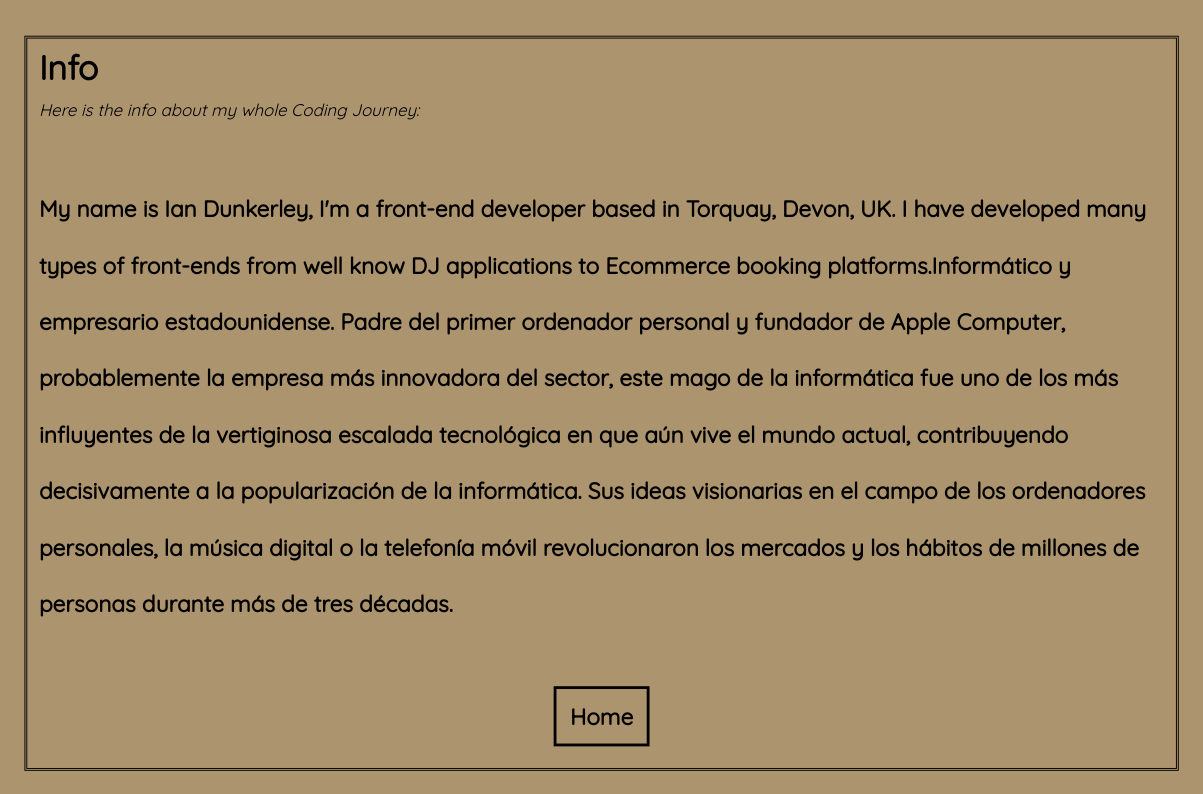
Repository: rickypcyt/ricky-react-portfolio
Page: /Info
An editor plug-in stored every save of this project. The page is shown before and after the next save, followed by the edit.
The browser window is 1280 px wide. The pictures show the whole page, at 94% of full size.
The project was rebuilt for these pictures with package versions that can differ from the ones it lists, and the page was loaded fresh each time. Also part of the build but not shown: src/Content.js, src/pages/Projects.js, src/pages/Contact.js, src/pages/WebMural.js, src/pages/NotesJS.js.

Above is the page before, as saved 2022-09-12 15:17:47.

### src/index.js
import React from "react";
import ReactDOM from "react-dom/client";
import "./index.css";
import App from "./App";
import reportWebVitals from "./reportWebVitals";
import { BrowserRouter, Routes, Route, Switch } from "react-router-dom";

const root = ReactDOM.createRoot(document.getElementById("root"));
root.render(
  <React.StrictMode>
    <BrowserRouter>
      <App />
    </BrowserRouter>
  </React.StrictMode>
);

// If you want to start measuring performance in your app, pass a function
// to log results (for example: reportWebVitals(console.log))
// or send to an analytics endpoint. Learn more: https://bit.ly/CRA-vitals
reportWebVitals();

### src/index.css
@import url("https://fonts.googleapis.com/css2?family=Quicksand");

input[type="file"] {
  display: none;
}
.container {
  top: 0%;
  left: 0%;
}
::marker {
  display: none;
}
.image-container {
  width: 100%;
  margin: auto;
  display: flex;
  flex-direction: row;
  justify-content: space-evenly;
  gap: 15px;
  padding: 10px;
}
body {
  line-height: 1;
  font-family: "Quicksand";
  font-size: large;
  margin: 2%;
  padding: 1%;
  border-style: double;
  margin-top: 3%;
  background: #ac946e;
}
ol {
  list-style: none;
  display: flex;
  padding: 0;
  justify-content: space-around;
  align-items: flex-start;
  display: flex;
  flex-wrap: wrap;
  align-content: center;
}
.content {
  position: absolute;
  right: calc(var(--pad) * 2);
  bottom: calc(var(--pad) * 2);
  white-space: nowrap;
}
.parrafo {
  line-height: 1.5;
  text-align: end;
  font-size: larger;
}
.parrafo span {
  display: block;
}
.titulo {
  margin: 0;
}
.oli {
  font-weight: bold;
  border-style: solid;
  font-size: x-large;
  padding: 1ch;
}
.descripcion {
  font-weight: lighter;
  font-style: oblique;
}
.oli:hover {
  color: black;
  border-style: dotted;
}
.page {
  padding-top: 2%;
  padding-bottom: 3%;
}
.pageContact {
  padding-top: 8%;
  padding-bottom: 9%;
}
.cabeceranavi {
  padding-bottom: 1%;
}
p {
  font-weight: bold;
}
a {
  color: black;
  text-decoration: none;
  padding: 0ch;
}
span {
  font-size: larger;
}
li {
  width: 7%;
  height: 10%;
}
ul {
  list-style-type: none;
  margin: 0%;
  display: flex;
  align-items: center;
  flex-direction: row;
  padding-top: 5%;
  padding-bottom: 5%;
  padding-left: 0%;
  justify-content: space-around;
}
.imagenes {
  display: block;
  height: auto;
  width: auto;
  padding-top: 5%;
  padding-bottom: 5%;
}

.imagenesproyect {
  position: relative;
}
.fixer {
  display: flex;
  flex-direction: row;
  justify-content: space-evenly;
  padding-bottom: 3%;
}
.overlay {
  position: absolute;
  top: 0.83cm;

  background: rgb(0, 0, 0);
  background: rgb(2, 0.3, 0.9, 0.6); /* Black see-through */
  color: #f1f1f1;
  width: 100%;
  transition: 0.5s ease;
  color: white;
  text-align: center;
  font-size: 20px;
  padding-top: 20px;
  padding-bottom: 20px;
  opacity: 0;
}
.imagenesproyect:hover .overlay {
  opacity: 1;
}
.overlay2 {
  position: absolute;
  bottom: 8%;
  background: rgb(0, 0, 0);
  background: rgba(40, 40, 40, 0.6); /* Black see-through */
  color: #f1f1f1;
  width: 100%;
  transition: 0.5s ease;
  color: white;
  text-align: center;
  font-size: 20px;
  padding-top: 20px;
  padding-bottom: 20px;
  opacity: 0;
}
.imagenesproyect:hover .overlay2 {
  opacity: 1;
}

.homeinfo {
  font-size: x-large;
  line-height: 250%;
}

@media screen and (max-width: 1340px) {
  .fixer {
    flex-direction: column;
    justify-content: center;
  }
  .imagenes {
    height: auto;
    width: 100%;
  }
  ol {
  }
}

.image-container {
  width: auto;
  margin: auto;
  /* display: flex; */
  flex-wrap: wrap;
  gap: 15px;
  padding: 10px;
}

.image-container img {
  max-width: 100%;
  max-height: 225px;
}

.container .image-container .image {
  border: 4px solid black;
  overflow: hidden;
  /* cursor: pointer; */
}

.container .image-container .image img {
  height: 100%;
  width: 100%;
}
@media (max-width: 700px) {
  .image-container img {
    max-height: -10px;
  }
  .cabeceranavi{
    padding-bottom: 7%;
  }
}

.image:hover {
  transform: scale(1.15); /* (150% zoom - Note: if the zoom is too large, it will go outside of the viewport) */
}

### src/App.js
import Content from "./Content";
import Info from "./pages/Info";
import Projects from "./pages/Projects";
import Contact from "./pages/Contact";
import WebMural from "./pages/WebMural";
import NotesJS from "./pages/NotesJS";
import { Route, Routes, Switch } from "react-router-dom";

function App() {
  return (
    <>
      <Routes>
        <Route path="/" element={<Content />}/>
        <Route path="/Projects" element={<Projects />} />
        <Route path="/Info" element={<Info />} />
        <Route path="/Contact" element={<Contact />} />
        <Route path="/WebMural" element={<WebMural />} />
        <Route path="/NotesJS" element={<NotesJS />} />
      </Routes>
    </>
  );
}
export default App;

### src/pages/Info.js
import { Link, useMatch, useResolvedPath } from "react-router-dom";
export default function Info() {
  return (
    <main>
      <div id="Page">
        <div className="cabecera">
          <h1 className="titulo">Info </h1>
          <p className="descripcion">
            Here is the info about my whole Coding Journey:
          </p>
        </div>
        <div className="separador">
          <section className="page" style={{ display: "block", opacity: 1 }}>
            <div className="homeinfo">
              <p>
                My name is Ian Dunkerley, I'm a front-end developer based in
                Torquay, Devon, UK. I have developed many types of front-ends
                from well know DJ applications to Ecommerce booking
                platforms.Informático y empresario estadounidense. Padre del
                primer ordenador personal y fundador de Apple Computer,
                probablemente la empresa más innovadora del sector, este mago de
                la informática fue uno de los más influyentes de la vertiginosa
                escalada tecnológica en que aún vive el mundo actual,
                contribuyendo decisivamente a la popularización de la
                informática. Sus ideas visionarias en el campo de los
                ordenadores personales, la música digital o la telefonía móvil
                revolucionaron los mercados y los hábitos de millones de
                personas durante más de tres décadas.
              </p>
            </div>
          </section>
          <nav className="cabeceranavi">
            <ol>
              <div>
                <CustomLink to="/" className="oli">
                  Home
                </CustomLink>
              </div>
            </ol>
          </nav>
        </div>
      </div>
    </main>
  );
}

function CustomLink({ to, children, ...props }) {
  const resolvedPath = useResolvedPath(to);
  const isActive = useMatch({ path: resolvedPath.pathname, end: true });
  return (
    <li className={isActive ? "active" : ""}>
      <Link to={to} {...props}>
        {children}
      </Link>
    </li>
  );
}

Loaded but not shown: public/index.html (common file); src/reportWebVitals.js (common file)

After the next save:
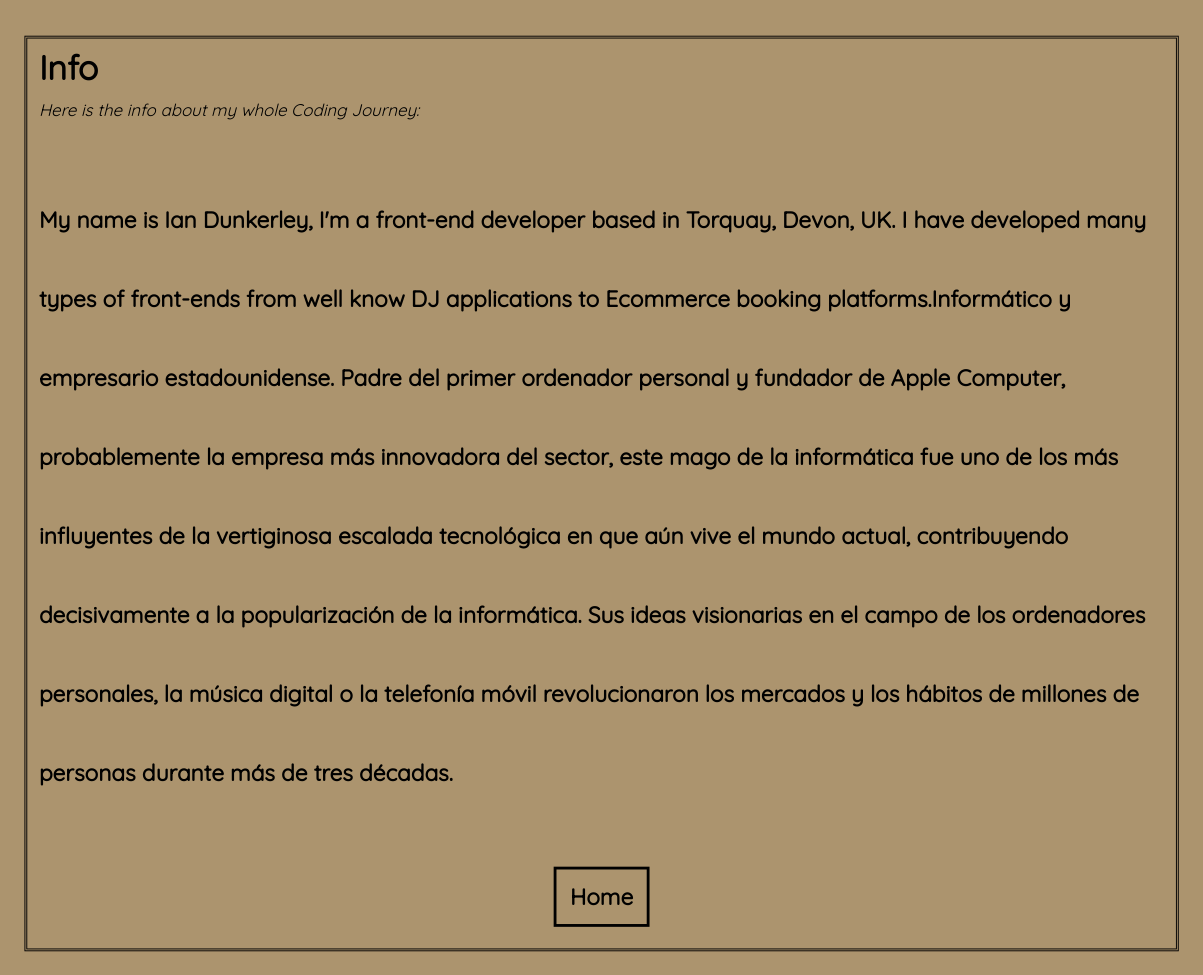
Saved 7 s later.
--- a/src/index.css
+++ b/src/index.css
@@ -164,7 +164,7 @@ ul {
 
 .homeinfo {
   font-size: x-large;
-  line-height: 250%;
+  line-height: 350%;
 }
 
 @media screen and (max-width: 1340px) {
